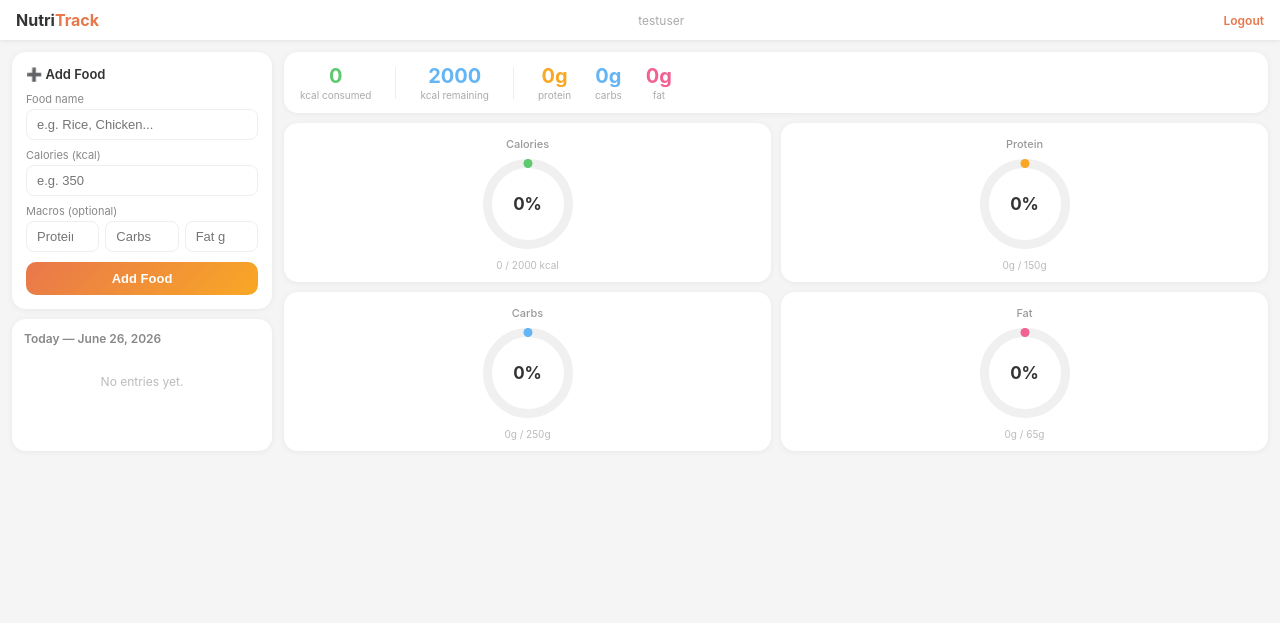
Repository: STIVEN396/Nutritrack
Page: http://localhost/
These files come from the project's save history. The page is drawn as it stood at one moment and after the next save; the edit follows.
The browser window is 1280 px wide. The pictures show the whole page.
The page is served by the project's application, run on Django 5.2 (manage.py). A made-up administrator, testuser (Test User, test@example.com), is signed in. Other server files are loaded and not shown. Queries for data that is not in the repository find no rows.

Above is the page before, as saved 2026-06-26 23:50:23.

### tracker/templates/tracker/dashboard.html
<!DOCTYPE html>
<html lang="en">
<head>
<meta charset="UTF-8">
<meta name="viewport" content="width=device-width, initial-scale=1.0">
<title>NutriTrack</title>
<style>
  * { margin: 0; padding: 0; box-sizing: border-box; }
  body { font-family: -apple-system, BlinkMacSystemFont, 'Segoe UI', sans-serif;
         background: #f5f5f5; color: #333; font-size: 14px; }

  .topbar { background: #fff; padding: 10px 16px;
            display: flex; align-items: center; justify-content: space-between;
            box-shadow: 0 1px 4px rgba(0,0,0,.08); }
  .topbar h1 { font-size: 16px; font-weight: 700; }
  .logo-dot { color: #e8774b; }
  .topbar .user { font-size: 12px; color: #aaa; }
  .topbar a { color: #e8774b; font-size: 12px; text-decoration: none; font-weight: 600; }

  .alert { padding: 7px 14px; margin: 8px 12px; border-radius: 8px;
           font-size: 12px; background: #d4edda; color: #155724; }

  /* Layout principal: 2 columnas */
  .main { display: grid; grid-template-columns: 260px 1fr; gap: 12px; padding: 12px; }

  /* Columna izquierda: form + lista */
  .left { display: flex; flex-direction: column; gap: 10px; }

  .add-form { background: #fff; border-radius: 14px; padding: 14px;
              box-shadow: 0 1px 6px rgba(0,0,0,.06); }
  .add-form h3 { font-size: 13px; font-weight: 600; margin-bottom: 10px; color: #333; }
  .add-form label { font-size: 11px; color: #888; display: block; margin-bottom: 3px; }
  .add-form input { width: 100%; border: 1.5px solid #eee; border-radius: 8px;
                    padding: 7px 10px; font-size: 13px; outline: none;
                    margin-bottom: 8px; transition: border .2s; }
  .add-form input:focus { border-color: #e8774b; }
  .macros-row { display: grid; grid-template-columns: 1fr 1fr 1fr; gap: 6px; }
  .macros-row input { margin-bottom: 0; }
  .btn-add { background: linear-gradient(135deg, #e8774b, #f9a825);
             color: #fff; border: none; border-radius: 10px; padding: 9px;
             width: 100%; font-size: 13px; font-weight: 600; cursor: pointer; margin-top: 10px; }
  .btn-add:hover { opacity: .9; }

  /* Lista de entradas */
  .entries-box { background: #fff; border-radius: 14px; padding: 12px;
                 box-shadow: 0 1px 6px rgba(0,0,0,.06); flex: 1; }
  .entries-box h3 { font-size: 12px; font-weight: 600; color: #888; margin-bottom: 8px; }
  .entry { display: flex; justify-content: space-between; align-items: center;
           padding: 7px 0; border-bottom: 1px solid #f5f5f5; }
  .entry:last-child { border-bottom: none; }
  .entry .name { font-size: 13px; font-weight: 500; }
  .entry .meta { font-size: 10px; color: #bbb; margin-top: 1px; }
  .entry .cal  { font-size: 14px; font-weight: 700; color: #e8774b; }
  .del-btn { background: none; border: none; color: #ddd; cursor: pointer;
             font-size: 14px; padding: 2px 5px; margin-left: 6px; }
  .del-btn:hover { color: #e55; }

  /* Columna derecha: gráficos */
  .right { display: flex; flex-direction: column; gap: 10px; }

  /* Stats bar arriba */
  .stats-bar { background: #fff; border-radius: 14px; padding: 12px 16px;
               box-shadow: 0 1px 6px rgba(0,0,0,.06);
               display: flex; gap: 24px; align-items: center; }
  .stat { text-align: center; }
  .stat .num { font-size: 20px; font-weight: 700; }
  .stat .lbl { font-size: 10px; color: #aaa; margin-top: 1px; }

  /* 4 donuts en 2x2 */
  .donuts { display: grid; grid-template-columns: 1fr 1fr; gap: 10px; }
  .card { background: #fff; border-radius: 14px; padding: 14px 10px 10px;
          box-shadow: 0 1px 6px rgba(0,0,0,.06); text-align: center; }
  .card h3 { font-size: 11px; color: #999; margin-bottom: 8px; font-weight: 500; }

  .donut-wrap { position: relative; width: 90px; height: 90px; margin: 0 auto 6px; }
  .donut-wrap svg { transform: rotate(-90deg); }
  .donut-bg   { fill: none; stroke: #f0f0f0; stroke-width: 10; }
  .donut-fill { fill: none; stroke-width: 10; stroke-linecap: round; }
  .donut-label { position: absolute; top: 50%; left: 50%;
                 transform: translate(-50%, -50%);
                 font-size: 17px; font-weight: 700; }
  .card small { font-size: 10px; color: #bbb; }

  .green  { stroke: #5ec96e; }
  .orange { stroke: #f9a825; }
  .blue   { stroke: #64b5f6; }
  .pink   { stroke: #f06292; }
</style>
</head>
<body>

<div class="topbar">
  <h1>Nutri<span class="logo-dot">Track</span></h1>
  <span class="user">{{ request.user.username }}</span>
  <a href="{% url 'logout' %}">Logout</a>
</div>

{% if messages %}{% for msg in messages %}
  <div class="alert">{{ msg }}</div>
{% endfor %}{% endif %}

<div class="main">

  <!-- IZQUIERDA: formulario + lista -->
  <div class="left">
    <div class="add-form">
      <h3>➕ Add Food</h3>
      <form method="post" action="{% url 'add_entry' %}">
        {% csrf_token %}
        <label>Food name</label>
        <input type="text" name="name" placeholder="e.g. Rice, Chicken..." required>
        <label>Calories (kcal)</label>
        <input type="number" name="calories" placeholder="e.g. 350" min="0" required>
        <label>Macros (optional)</label>
        <div class="macros-row">
          <input type="number" name="protein" placeholder="Protein g" min="0" step="0.1">
          <input type="number" name="carbs"   placeholder="Carbs g"   min="0" step="0.1">
          <input type="number" name="fat"     placeholder="Fat g"     min="0" step="0.1">
        </div>
        <button type="submit" class="btn-add">Add Food</button>
      </form>
    </div>

    <div class="entries-box">
      <h3>Today — {{ today }}</h3>
      {% for entry in entries %}
      <div class="entry">
        <div>
          <div class="name">{{ entry.name }}</div>
          <div class="meta">P {{ entry.protein }}g · C {{ entry.carbs }}g · F {{ entry.fat }}g</div>
        </div>
        <div style="display:flex;align-items:center;">
          <span class="cal">{{ entry.calories }}</span>
          <form method="post" action="{% url 'delete_entry' entry.pk %}">
            {% csrf_token %}<button class="del-btn" type="submit">✕</button>
          </form>
        </div>
      </div>
      {% empty %}
        <p style="color:#bbb;font-size:12px;text-align:center;padding:20px 0">No entries yet.</p>
      {% endfor %}
    </div>
  </div>

  <!-- DERECHA: stats + 4 donuts -->
  <div class="right">
    <div class="stats-bar">
      <div class="stat">
        <div class="num" style="color:#5ec96e">{{ cal_total }}</div>
        <div class="lbl">kcal consumed</div>
      </div>
      <div style="width:1px;height:32px;background:#eee;"></div>
      <div class="stat">
        <div class="num" style="color:#64b5f6">{{ remaining }}</div>
        <div class="lbl">kcal remaining</div>
      </div>
      <div style="width:1px;height:32px;background:#eee;"></div>
      <div class="stat">
        <div class="num" style="color:#f9a825">{{ pro_total }}g</div>
        <div class="lbl">protein</div>
      </div>
      <div class="stat">
        <div class="num" style="color:#64b5f6">{{ car_total }}g</div>
        <div class="lbl">carbs</div>
      </div>
      <div class="stat">
        <div class="num" style="color:#f06292">{{ fat_total }}g</div>
        <div class="lbl">fat</div>
      </div>
    </div>

    <div class="donuts">
      <div class="card">
        <h3>Calories</h3>
        <div class="donut-wrap">
          <svg viewBox="0 0 100 100" width="90" height="90">
            <circle class="donut-bg" cx="50" cy="50" r="45"/>
            <circle class="donut-fill green" cx="50" cy="50" r="45"
              stroke-dasharray="{% widthratio cal_pct 100 283 %} 283"/>
          </svg>
          <div class="donut-label">{{ cal_pct }}%</div>
        </div>
        <small>{{ cal_total }} / {{ daily_goal }} kcal</small>
      </div>

      <div class="card">
        <h3>Protein</h3>
        <div class="donut-wrap">
          <svg viewBox="0 0 100 100" width="90" height="90">
            <circle class="donut-bg" cx="50" cy="50" r="45"/>
            <circle class="donut-fill orange" cx="50" cy="50" r="45"
              stroke-dasharray="{% widthratio pro_pct 100 283 %} 283"/>
          </svg>
          <div class="donut-label">{{ pro_pct }}%</div>
        </div>
        <small>{{ pro_total }}g / 150g</small>
      </div>

      <div class="card">
        <h3>Carbs</h3>
        <div class="donut-wrap">
          <svg viewBox="0 0 100 100" width="90" height="90">
            <circle class="donut-bg" cx="50" cy="50" r="45"/>
            <circle class="donut-fill blue" cx="50" cy="50" r="45"
              stroke-dasharray="{% widthratio car_pct 100 283 %} 283"/>
          </svg>
          <div class="donut-label">{{ car_pct }}%</div>
        </div>
        <small>{{ car_total }}g / 250g</small>
      </div>

      <div class="card">
        <h3>Fat</h3>
        <div class="donut-wrap">
          <svg viewBox="0 0 100 100" width="90" height="90">
            <circle class="donut-bg" cx="50" cy="50" r="45"/>
            <circle class="donut-fill pink" cx="50" cy="50" r="45"
              stroke-dasharray="{% widthratio fat_pct 100 283 %} 283"/>
          </svg>
          <div class="donut-label">{{ fat_pct }}%</div>
        </div>
        <small>{{ fat_total }}g / 65g</small>
      </div>
    </div>
  </div>

</div>
</body>
</html>

### tracker/views.py
from django.shortcuts import render, redirect, get_object_or_404
from django.contrib.auth.decorators import login_required
from django.contrib.auth.forms import UserCreationForm
from django.contrib import messages
from django.db.models import Sum
from datetime import date
from .models import FoodEntry

DAILY_GOAL = 2000  # kcal goal

@login_required
def dashboard(request):
    today = date.today()
    entries = FoodEntry.objects.filter(user=request.user, date=today)

    totals = entries.aggregate(
        cal=Sum('calories'), pro=Sum('protein'),
        car=Sum('carbs'), fat=Sum('fat')
    )
    cal_total  = totals['cal'] or 0
    pro_total  = totals['pro'] or 0
    car_total  = totals['car'] or 0
    fat_total  = totals['fat'] or 0

    cal_pct  = min(int(cal_total / DAILY_GOAL * 100), 999)
    pro_goal = 150  # g
    car_goal = 250  # g
    fat_goal = 65   # g
    pro_pct  = min(int(pro_total / pro_goal * 100), 999)
    car_pct  = min(int(car_total / car_goal * 100), 999)
    fat_pct  = min(int(fat_total / fat_goal * 100), 999)

    return render(request, 'tracker/dashboard.html', {
        'entries': entries,
        'cal_total': cal_total,  'cal_pct': cal_pct,
        'pro_total': round(pro_total, 1), 'pro_pct': pro_pct,
        'car_total': round(car_total, 1), 'car_pct': car_pct,
        'fat_total': round(fat_total, 1), 'fat_pct': fat_pct,
        'daily_goal': DAILY_GOAL,
        'remaining': max(DAILY_GOAL - cal_total, 0),
        'today': today,
    })

@login_required
def add_entry(request):
    if request.method == 'POST':
        name     = request.POST.get('name', '').strip()
        calories = request.POST.get('calories', 0)
        protein  = request.POST.get('protein', 0)
        carbs    = request.POST.get('carbs', 0)
        fat      = request.POST.get('fat', 0)
        if name and calories:
            FoodEntry.objects.create(
                user=request.user, name=name,
                calories=int(calories), protein=float(protein),
                carbs=float(carbs), fat=float(fat)
            )
            messages.success(request, f'"{name}" added successfully!')
        return redirect('dashboard')
    return redirect('dashboard')

@login_required
def delete_entry(request, pk):
    entry = get_object_or_404(FoodEntry, pk=pk, user=request.user)
    entry.delete()
    messages.success(request, 'Entry deleted.')
    return redirect('dashboard')

def register(request):
    if request.method == 'POST':
        form = UserCreationForm(request.POST)
        if form.is_valid():
            form.save()
            messages.success(request, 'Account created! You can now log in.')
            return redirect('login')
    else:
        form = UserCreationForm()
    return render(request, 'tracker/register.html', {'form': form})

### nutritrack/urls.py
from django.contrib import admin
from django.urls import path, include
from django.contrib.auth import views as auth_views

urlpatterns = [
    path('admin/', admin.site.urls),
    path('', include('tracker.urls')),
    path('login/', auth_views.LoginView.as_view(template_name='tracker/login.html'), name='login'),
    path('logout/', auth_views.LogoutView.as_view(), name='logout'),
]

### tracker/urls.py
from django.urls import path
from . import views

urlpatterns = [
    path('', views.dashboard, name='dashboard'),
    path('add/', views.add_entry, name='add_entry'),
    path('delete/<int:pk>/', views.delete_entry, name='delete_entry'),
    path('register/', views.register, name='register'),
]

After the next save:
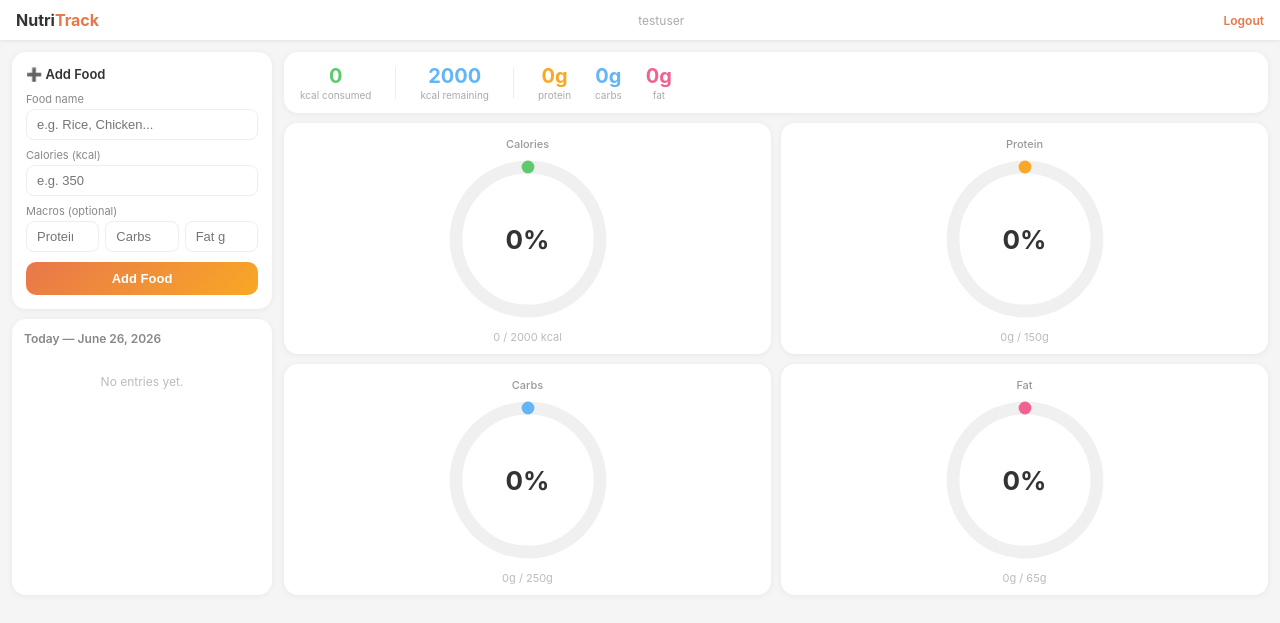
Saved 54 s later.
--- a/tracker/templates/tracker/dashboard.html
+++ b/tracker/templates/tracker/dashboard.html
@@ -72,14 +72,14 @@
           box-shadow: 0 1px 6px rgba(0,0,0,.06); text-align: center; }
   .card h3 { font-size: 11px; color: #999; margin-bottom: 8px; font-weight: 500; }
 
-  .donut-wrap { position: relative; width: 90px; height: 90px; margin: 0 auto 6px; }
+  .donut-wrap { position: relative; width: 160px; height: 160px; margin: 0 auto 8px; }
   .donut-wrap svg { transform: rotate(-90deg); }
-  .donut-bg   { fill: none; stroke: #f0f0f0; stroke-width: 10; }
-  .donut-fill { fill: none; stroke-width: 10; stroke-linecap: round; }
+  .donut-bg   { fill: none; stroke: #f0f0f0; stroke-width: 8; }
+  .donut-fill { fill: none; stroke-width: 8; stroke-linecap: round; }
   .donut-label { position: absolute; top: 50%; left: 50%;
                  transform: translate(-50%, -50%);
-                 font-size: 17px; font-weight: 700; }
-  .card small { font-size: 10px; color: #bbb; }
+                 font-size: 26px; font-weight: 700; }
+  .card small { font-size: 11px; color: #bbb; }
 
   .green  { stroke: #5ec96e; }
   .orange { stroke: #f9a825; }
@@ -173,7 +173,7 @@
       <div class="card">
         <h3>Calories</h3>
         <div class="donut-wrap">
-          <svg viewBox="0 0 100 100" width="90" height="90">
+          <svg viewBox="0 0 100 100" width="160" height="160">
             <circle class="donut-bg" cx="50" cy="50" r="45"/>
             <circle class="donut-fill green" cx="50" cy="50" r="45"
               stroke-dasharray="{% widthratio cal_pct 100 283 %} 283"/>
@@ -186,7 +186,7 @@
       <div class="card">
         <h3>Protein</h3>
         <div class="donut-wrap">
-          <svg viewBox="0 0 100 100" width="90" height="90">
+          <svg viewBox="0 0 100 100" width="160" height="160">
             <circle class="donut-bg" cx="50" cy="50" r="45"/>
             <circle class="donut-fill orange" cx="50" cy="50" r="45"
               stroke-dasharray="{% widthratio pro_pct 100 283 %} 283"/>
@@ -199,7 +199,7 @@
       <div class="card">
         <h3>Carbs</h3>
         <div class="donut-wrap">
-          <svg viewBox="0 0 100 100" width="90" height="90">
+          <svg viewBox="0 0 100 100" width="160" height="160">
             <circle class="donut-bg" cx="50" cy="50" r="45"/>
             <circle class="donut-fill blue" cx="50" cy="50" r="45"
               stroke-dasharray="{% widthratio car_pct 100 283 %} 283"/>
@@ -212,7 +212,7 @@
       <div class="card">
         <h3>Fat</h3>
         <div class="donut-wrap">
-          <svg viewBox="0 0 100 100" width="90" height="90">
+          <svg viewBox="0 0 100 100" width="160" height="160">
             <circle class="donut-bg" cx="50" cy="50" r="45"/>
             <circle class="donut-fill pink" cx="50" cy="50" r="45"
               stroke-dasharray="{% widthratio fat_pct 100 283 %} 283"/>
